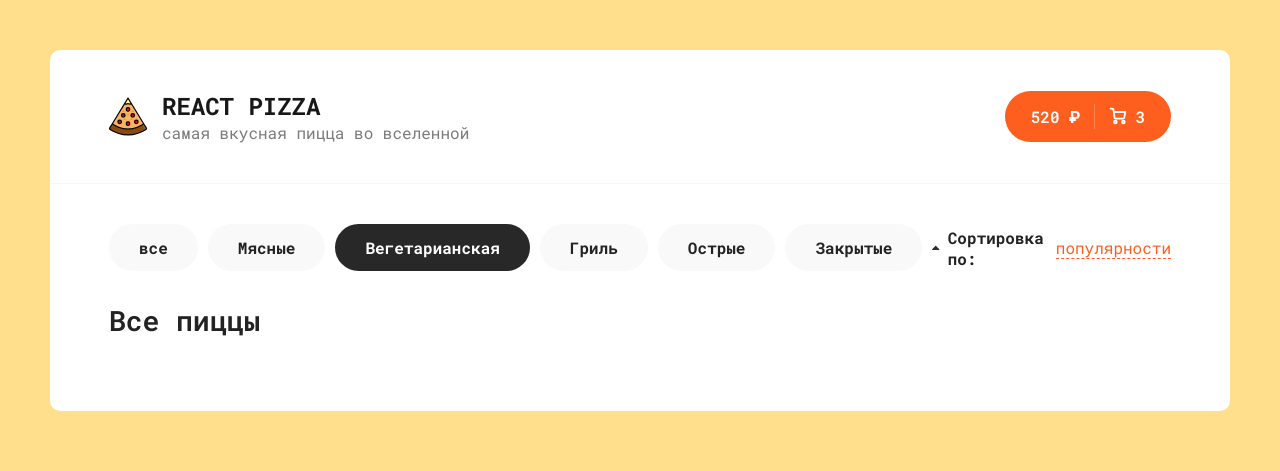
Repository: TI-IT/react-pizza2
Page: /
An editor plug-in stored every save of this project. The page is shown before and after the next save, followed by the edit.
The browser window is 1280 px wide. The pictures show the whole page.
The page's requests for data from a server got no answer. The project was rebuilt for these pictures with package versions that can differ from the ones it lists, and the page was loaded fresh each time. No one was signed in, and anything a server would have sent is missing. Also part of the build but not shown: src/components/PizzaBlock.jsx.

Above is the page before, as saved 2022-10-09 11:45:50.

After the next save:
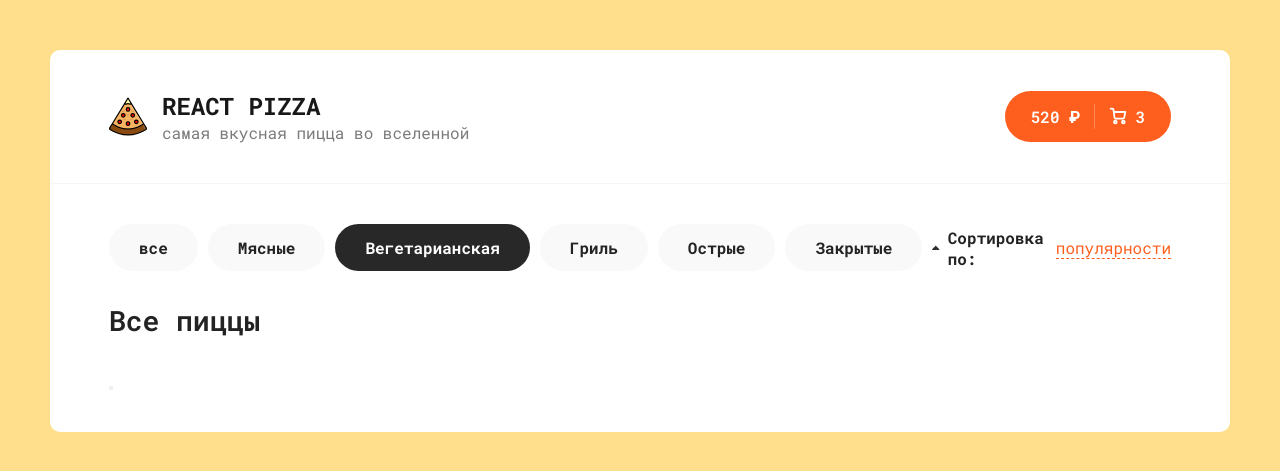
Saved 2 min 55 s later.
--- a/src/App.js
+++ b/src/App.js
@@ -33,6 +33,8 @@ function App() {
             <Sort />
           </div>
           <h2 className="content__title">Все пиццы</h2>
+
+          <button onClick={toggleVisibleList}></button>
           <div className="content__items">
             {items.map(obj => (
               <PizzaBlock key={obj.id} {...obj} />
